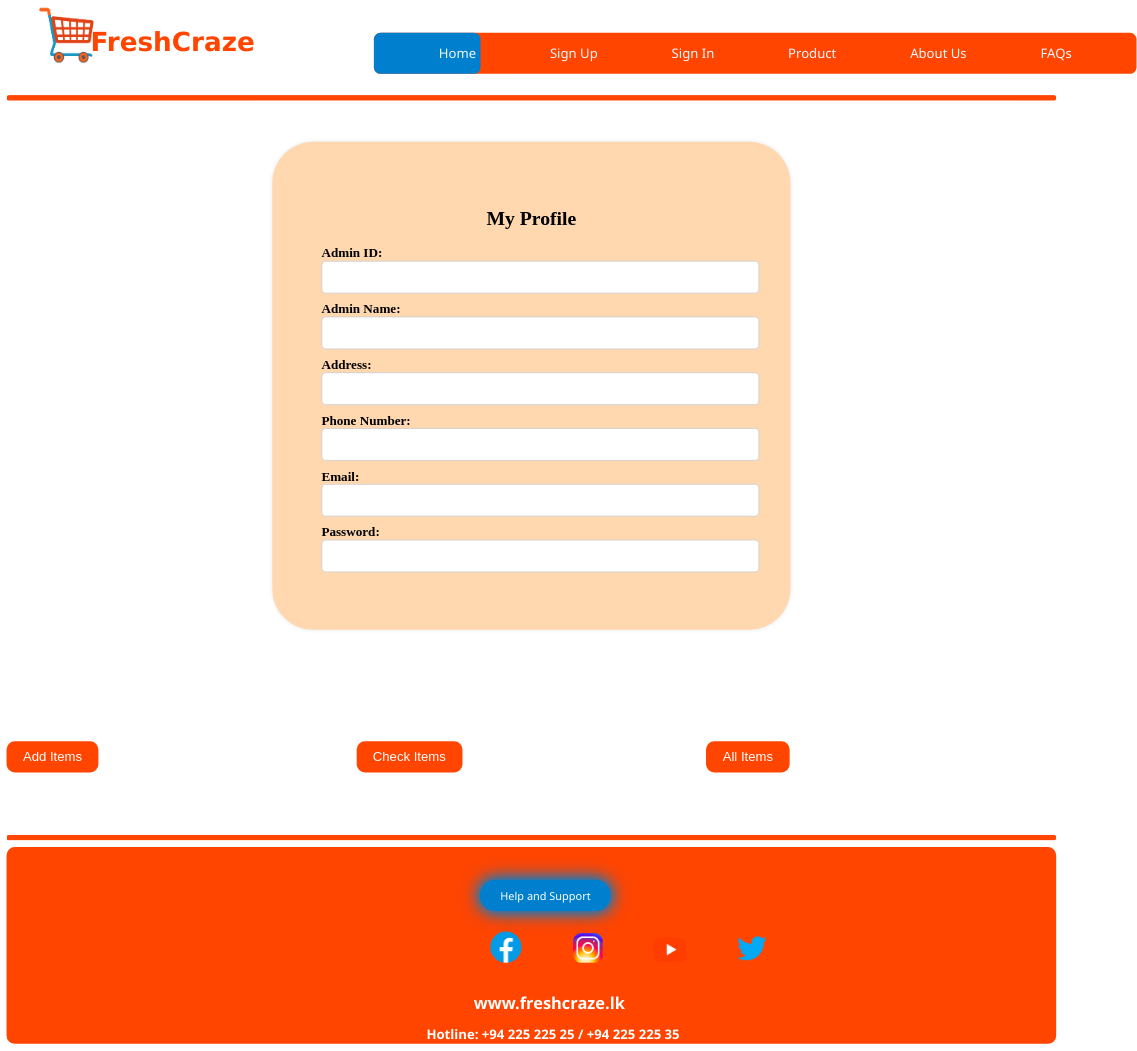
Repository: shanika2002/FreshCraze
Page: http://localhost/itemDem/profile.jsp
An editor plug-in stored every save of this project. The page is shown before and after the next save, followed by the edit.
The browser window is 1280 px wide. The page is 1386 px wide, so the pictures cover 1386 px, including what lies to the right of the window. The pictures show the whole page, at 82% of full size.
The page is served by Tomcat 9. The template is opened directly, without the code that normally fills it, so the values that code supplies are empty.

Above is the page before, as saved 2024-05-11 08:48:09.

After the next save:
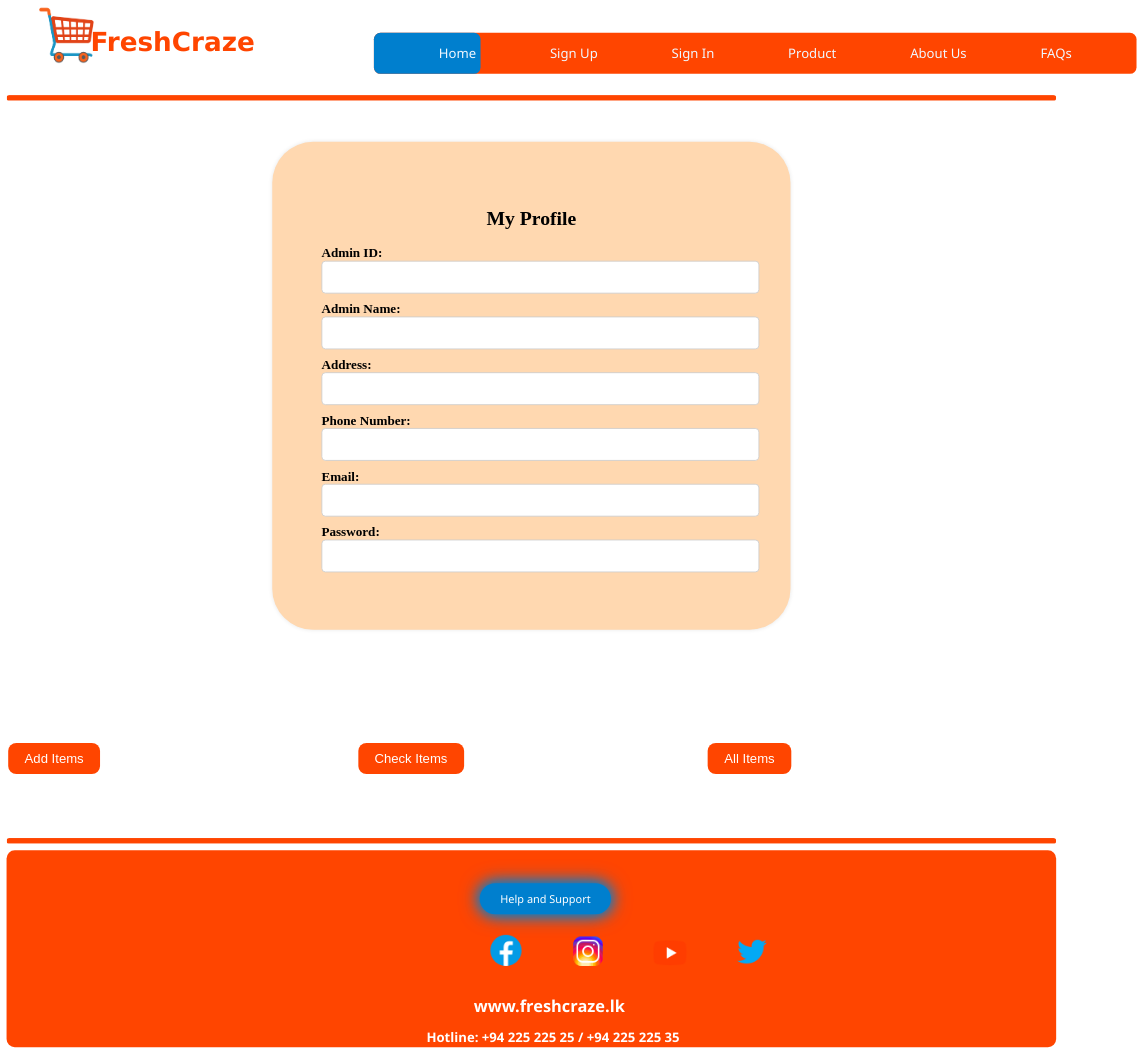
Saved 12 s later.
--- a/itemDem/src/main/webapp/css/adminprofile.css
+++ b/itemDem/src/main/webapp/css/adminprofile.css
@@ -182,7 +182,7 @@ nav a:nth-child(6):hover~span{
 }
 
 form {
-    margin: 5 2px; /* Adjust as needed for spacing between buttons */
+    margin: 2px; /* Adjust as needed for spacing between buttons */
 }
 
 button[type="submit"] {
